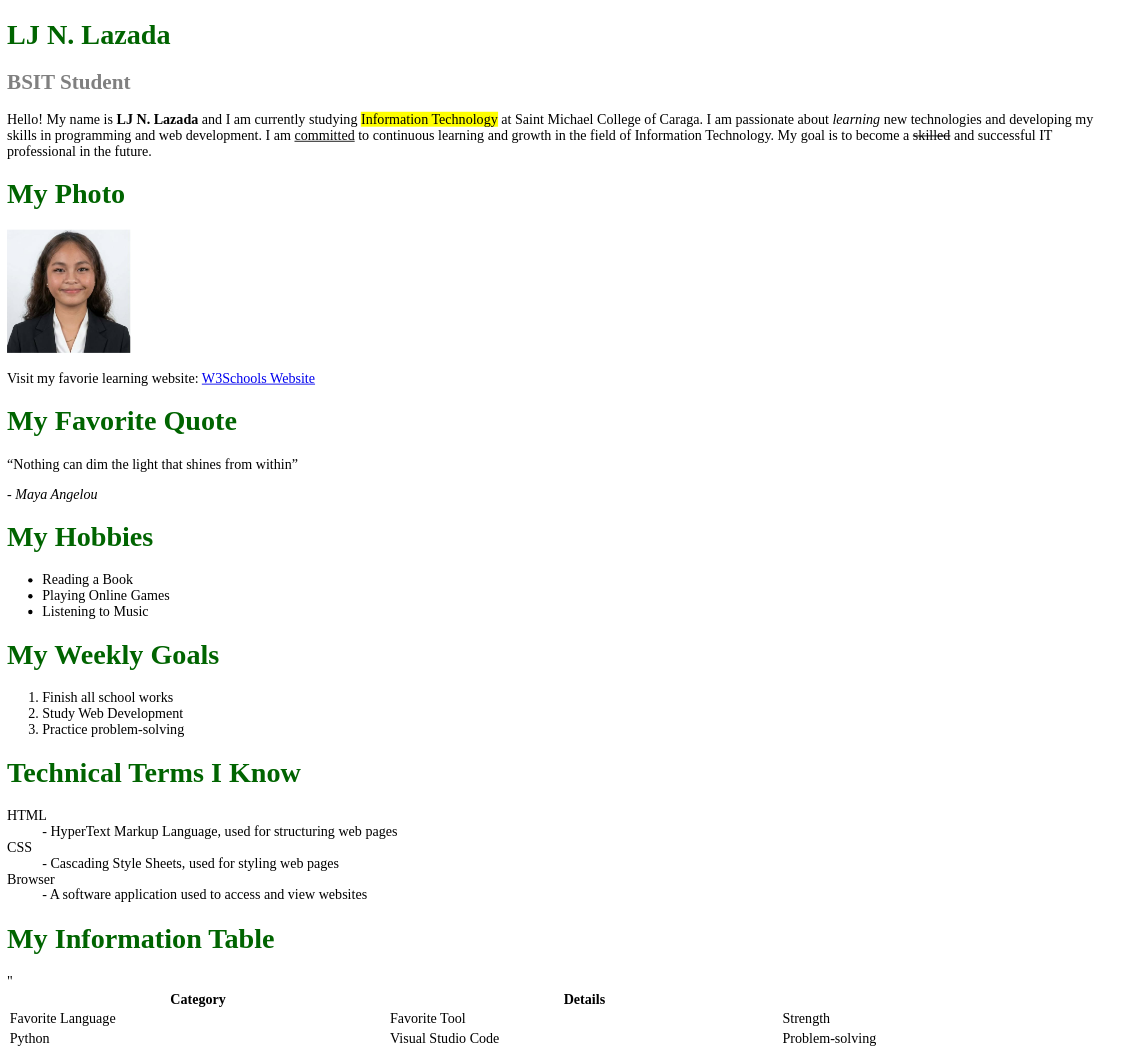
Repository: ljlazada11/myfirsthtml
Page: index.html
The author's editor kept a copy of each file at every save. The page is drawn from the files as they stood at one save, then again after the next save.
The browser window is 1280 px wide. The pictures show the whole page, at 88% of full size.

Above is the page before, as saved 2026-06-24 20:33:50.

### index.html
<!DOCTYPE html>
<html lang="en">
<head>
    <meta charset="UTF-8">
    <meta name="viewport" content="width=device-width, initial-scale=1.0">
    <title>My Personal Web Profile</title>
    <link rel="icon" type="image/x-icon" href="images.png">

</head>
<body>
    <h1 style="color:darkgreen;">LJ N. Lazada</h1>
    <h2 style="color:gray;">BSIT Student</h2>
    <p>Hello! My name is <strong>LJ N. Lazada</strong> and I am currently studying <mark>Information Technology</mark> at Saint Michael College of Caraga. I am passionate about <i>learning</i> new technologies and developing my skills in programming and web development. I am <ins>committed</ins> to continuous learning and growth in the field of Information Technology. My goal is to become a <del>skilled</del> and successful IT professional in the future.</p>
</body>
    <h1 style="color:darkgreen;">My Photo</h1>
    <img src="pic.jpg" alt="My	Profile	Picture" width="140" height="140">
    <p> Visit my favorie learning website: <a href="https://www.w3schools.com/html/default.asp" target="_blank">W3Schools	Website</a></p>

<body>
    <h1 style="color:darkgreen;">My Favorite Quote</h1>
    <p><q>Nothing can dim the light that shines from within</q></p>
    <p><cite>- Maya Angelou</cite></p>
</body>
    <h1 style="color:darkgreen">My Hobbies</h1>
    <ul>
        <li>Reading a Book</li>
        <li>Playing Online Games</li>
        <li>Listening to Music</li>
    </ul>
</body>
    <h1 style="color:darkgreen">My Weekly Goals</h1>
    <ol>
        <li>Finish all school works</li>
        <li>Study Web Development</li>
        <li>Practice problem-solving</li>
    </ol>
<body>
    <h1 style="color:darkgreen">Technical Terms I Know</h1>
    <dl>
        <dt>HTML</dt>
        <dd>- HyperText Markup Language, used for structuring web pages</dd>
        <dt>CSS</dt>
        <dd>- Cascading Style Sheets, used for styling web pages</dd>
        <dt>Browser</dt>
        <dd>- A software application used to access and view websites</dd>
    </dl>
</body>
    <h1 style="color:darkgreen">My Information Table</h1>
<table style="width:100%">"
  <tr>
    <th>Category</th>
    <th>Details</th>
  </tr>
  <tr>
    <td>Favorite Language</td>
    <td>Favorite Tool</td>
    <td>Strength</td>
  </tr>
  <tr>
    <td>Python</td>
    <td>Visual Studio Code</td>
    <td>Problem-solving</td>
  </tr>
</table>


</html>

After the next save:
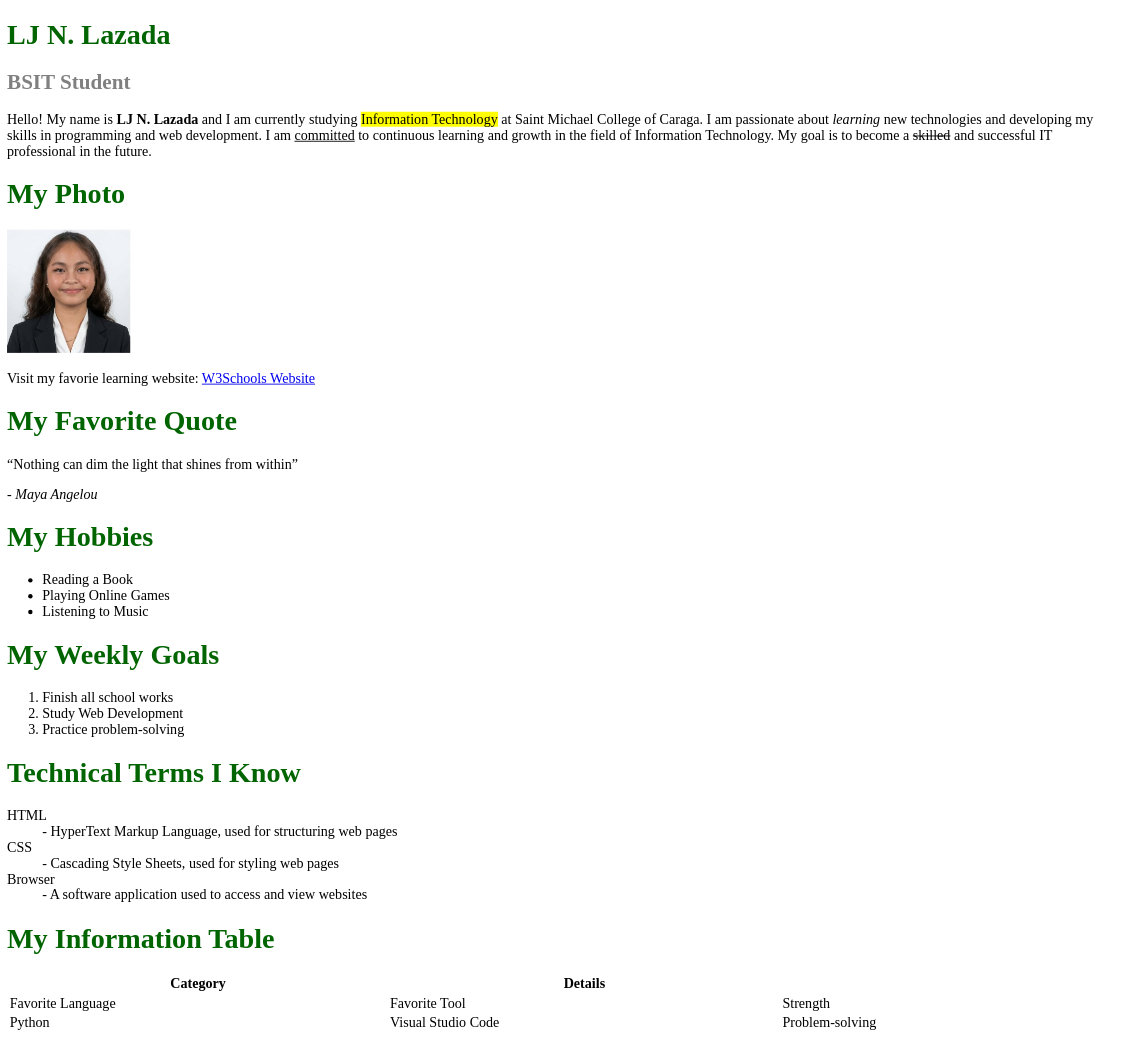
Saved 8 s later.
--- a/index.html
+++ b/index.html
@@ -46,7 +46,7 @@
     </dl>
 </body>
     <h1 style="color:darkgreen">My Information Table</h1>
-<table style="width:100%">"
+<table style="width:100%">
   <tr>
     <th>Category</th>
     <th>Details</th>
